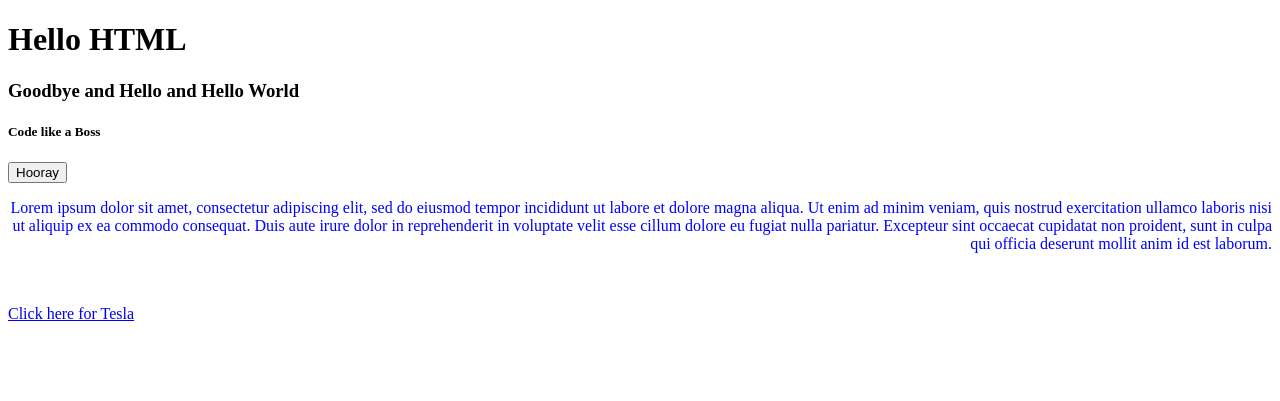
Repository: amilevich/1028PegaUSF
Page: workspace-sts-3.9.4.RELEASE/HelloHTML/src/main/webapp/index.html
The author's editor kept a copy of each file at every save. The page is drawn from the files as they stood at one save, then again after the next save.
The browser window is 1280 px wide. The pictures show the whole page.

Above is the page before, as saved 2019-11-21 20:08:10.

After the next save:
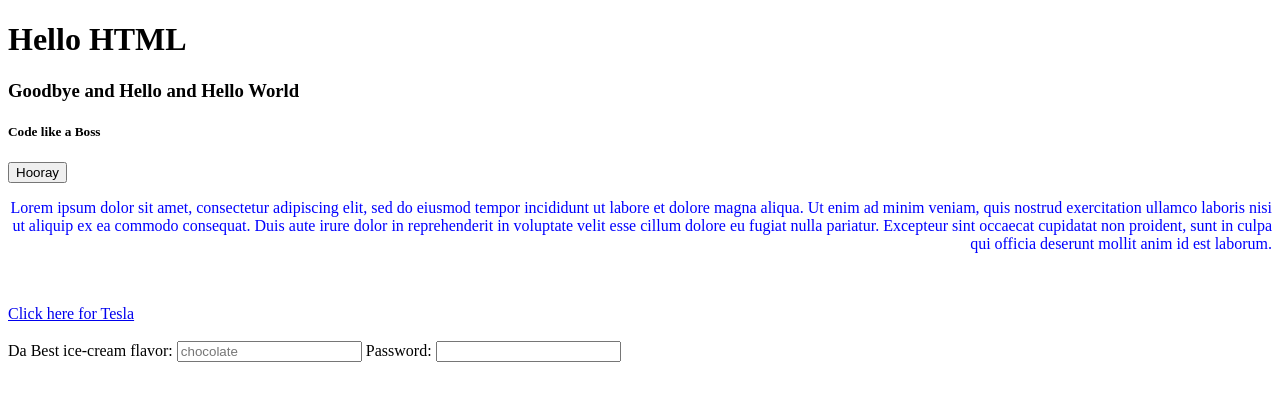
Saved 3 min 39 s later.
--- a/workspace-sts-3.9.4.RELEASE/HelloHTML/src/main/webapp/index.html
+++ b/workspace-sts-3.9.4.RELEASE/HelloHTML/src/main/webapp/index.html
@@ -28,5 +28,15 @@
 		<br/>
 
 	<a href="tesla.com">Click here for Tesla</a>
+
+	<br/>
+	<br/>
+
+	<form>
+	Da Best ice-cream flavor:
+	<input type="text" placeholder="chocolate"/>
+	Password:
+	<input type="password"/>
+	</form>
 </body>
 </html>
